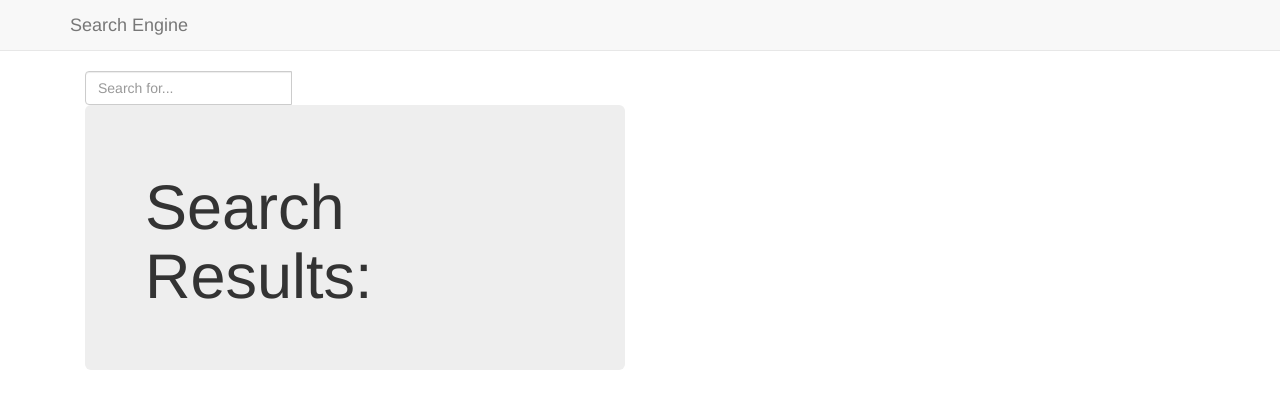
Repository: fallingcoconut/CS121
Page: http://localhost/Webserver/Results.jsp
The author's editor kept a copy of each file at every save. The page is drawn from the files as they stood at one save, then again after a run of saves.
The browser window is 1280 px wide. The pictures show the whole page.
The page is served by Tomcat 9. Nobody is signed in. The application's start-up code is not run.

Above is the page before, as saved 2015-06-08 02:51:31.

After the next 3 saves:
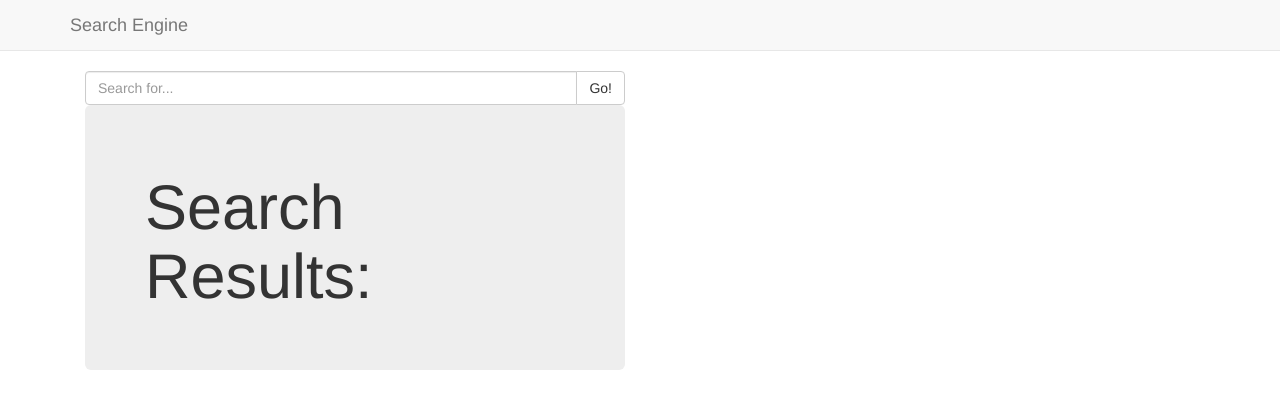
The 3 saves are shown as one change because they came seconds apart.
The last was saved 12 s later.
--- a/Webserver/WebContent/Results.jsp
+++ b/Webserver/WebContent/Results.jsp
@@ -32,6 +32,8 @@
 		<div class="input-group">
 			<input type="text" class="form-control" placeholder="Search for...">
 			<span class="input-group-btn">
+				<button class="btn btn-default" type="button">Go!</button>
+			</span>
 
 	</div>
 
